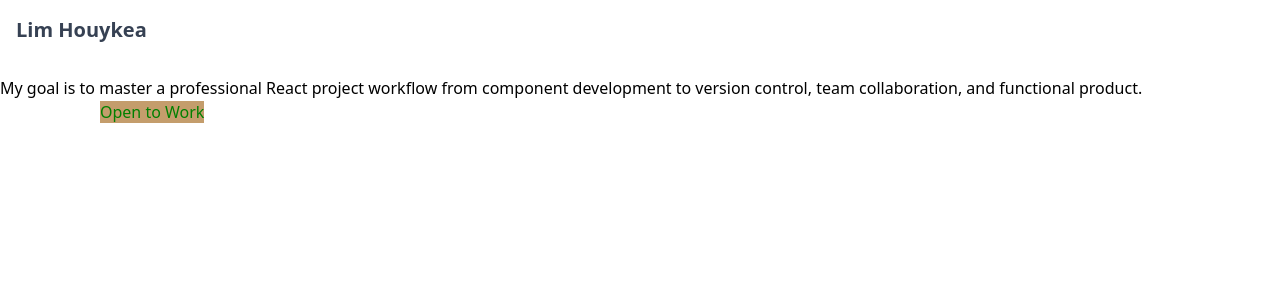
Repository: Houykea/jia-portfolio
Page: /
These files come from the project's save history. The page is drawn as it stood at one moment and after the next save; the edit follows.
The browser window is 1280 px wide. The pictures show the whole page.
The project was rebuilt for these pictures with package versions that can differ from the ones it lists, and the page was loaded fresh each time. Also part of the build but not shown: vite.config.js, src/components/Card.jsx.

Above is the page before, as saved 2026-09-11 17:39:24.

### index.html
<!doctype html>
<html lang="en">
  <head>
    <meta charset="UTF-8" />
    <link rel="icon" type="image/svg+xml" href="/favicon.svg" />
    <meta name="viewport" content="width=device-width, initial-scale=1.0" />
    <title>jia-portfolio</title>
  </head>
  <body>
    <div id="root"></div>
    <script type="module" src="/src/main.jsx"></script>
  </body>
</html>

### src/App.jsx
import './App.css'
import StatusBadge from './StatusBadge'
import SectionHeading from "./components/Headings";
import Card from './components/Card';

function App() {
  return (
    <div className=''>
      <SectionHeading title="Lim Houykea"/>
      <p>My goal is to master a professional React project workflow from component development to version control, team collaboration, and functional product.</p>
      <StatusBadge isOpenToWork={true}/>
    </div>
  )
}

export default App;

### src/App.css
@import "tailwindcss";
.green {
  color: green;
  background-color: rgb(196, 157, 108);
  margin-left: 100px;
  margin-right: 100px;
  margin-top: 12px;  ;
}

.gray {
  color: gray;
  background-color: bisque;
  margin:100px

}

### src/StatusBadge.jsx
const StatusBadge = ({isOpenToWork}) => {
  const statusText = isOpenToWork ? "Open to Work" : "Busy learning"
  const statusColor = isOpenToWork ? "green" : "gray"
  return (
    <span className={statusColor}>
      {statusText}
    </span>
  )
}
export default StatusBadge;

### src/components/Headings.jsx
const SectionHeading = ({title}) => {
  return (
    <h2 className="text-gray-700 text-xl font-semibold mb-4 p-4">
      {title}
    </h2>
  )
}

export default SectionHeading

Loaded but not shown: src/main.tsx (common file); src/index.css (common file)

After the next save:
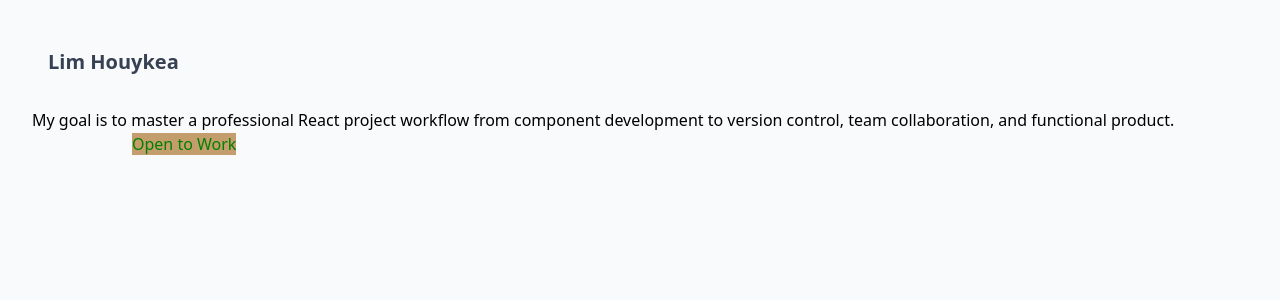
Saved 16 s later.
--- a/src/App.jsx
+++ b/src/App.jsx
@@ -5,7 +5,7 @@ import Card from './components/Card';
 
 function App() {
   return (
-    <div className=''>
+    <div className='min-h-screen bg-gray-50 p-4 md:p-8'>
       <SectionHeading title="Lim Houykea"/>
       <p>My goal is to master a professional React project workflow from component development to version control, team collaboration, and functional product.</p>
       <StatusBadge isOpenToWork={true}/>
